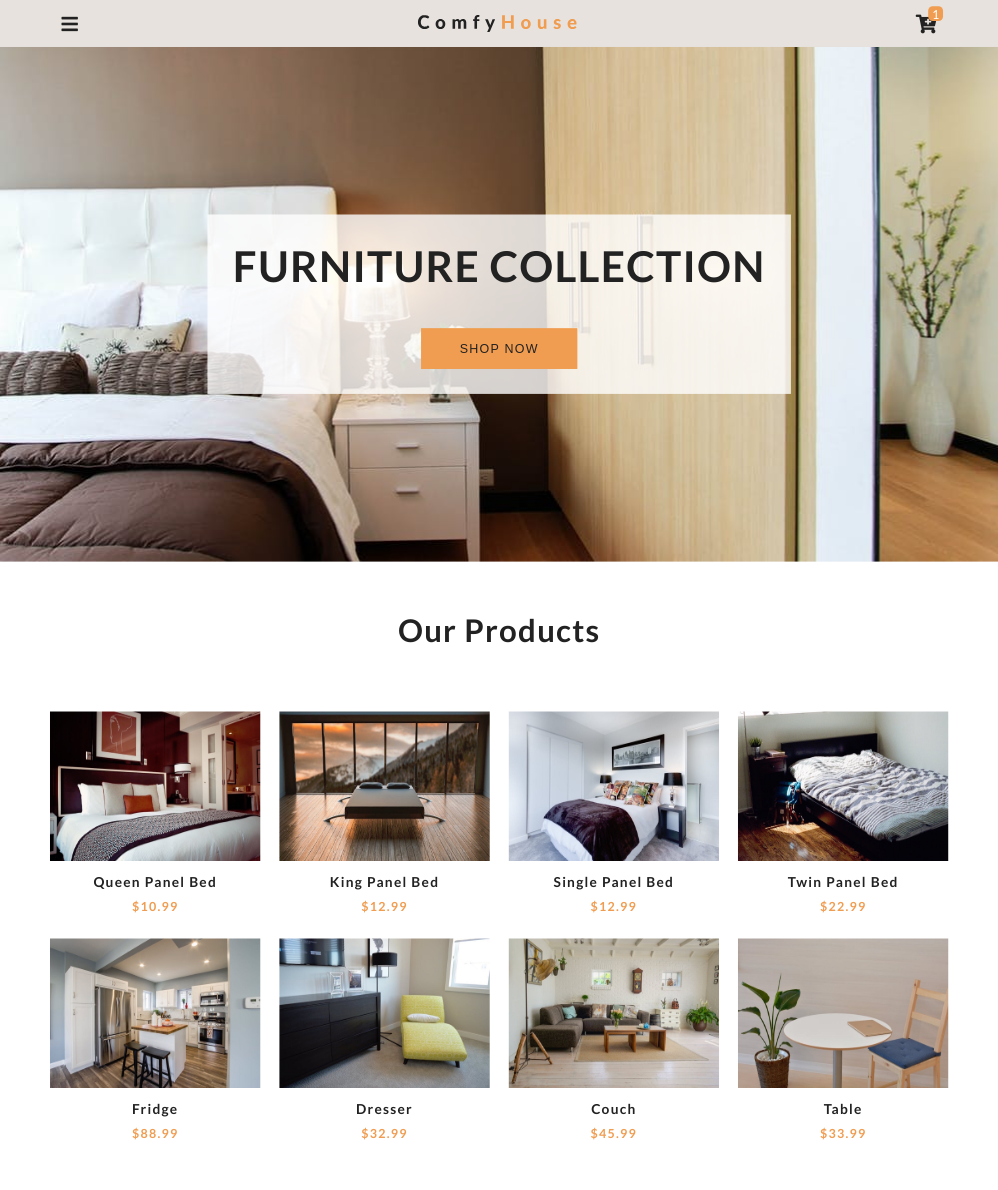
Repository: Henson-Kudi/js-cart-tuto
Page: index.html
These files come from the project's save history. The page is drawn as it stood at one moment and after the next save; the edit follows.
The browser window is 1280 px wide. The pictures show the whole page, at 78% of full size.
After loading, the first visible `button.bag-btn` was clicked once.
Some web libraries are served in a nearby version.

Above is the page before, as saved 2023-07-21 13:57:59.

### index.html
<!DOCTYPE html>
<html lang="en">

<head>
    <meta charset="UTF-8">
    <meta name="viewport" content="width=device-width, initial-scale=1.0">
    <title>Comfy House</title>

    <link rel="stylesheet"
        href="https://cdnjs.cloudflare.com/ajax/libs/font-awesome/5.14.0/css/all.min.css" />

    <link rel="stylesheet" href="main.css">
</head>

<body>
    <!-- nav Bar -->
    <nav class="navbar">
        <div class="navbar-center">
            <span class="nav-icon">
                <i class="fas fa-bars"></i>
            </span>
            <img src="./images/logo.svg" alt="logo" />

            <div class="cart-btn">
                <span class="nav-icon">
                    <i class="fas fa-cart-plus"></i>
                </span>
                <div class="cart-items">0</div>
            </div>
        </div>
    </nav>
    <!-- end of nav Bar -->


    <!-- Hero -->

    <header class="hero">
        <div class="banner">
            <h1 class="banner-title">
                Furniture collection
            </h1>
            <button class="banner-btn" id="shop-now">shop now</button>
        </div>
    </header>

    <!-- end of hero -->

    <!-- Products-->

    <section class="products">
        <div class="section-title">
            <h2>our products</h2>
        </div>
        <div class="products-center">
            <!-- single product -->


            <!-- end of single product -->
        </div>
    </section>

    <!-- end of products -->

    <!-- Cart -->

    <div class="cart-overlay">
        <div class="cart">
            <span class="close-cart">
                <i class="fas fa-window-close"></i>
            </span>
            <h2>Your cart</h2>
            <div class="cart-content">
                <!-- cart-item -->

                <!-- <div class="cart-item">

                    </div> -->

                <!-- end of cart item -->
            </div>
            <div class="cart-footer">
                <h3>Your total: $ <span class="cart-total">0</span></h3>
                <button class="clear-cart banner-btn">Clear cart</button>
            </div>
        </div>
    </div>

    <!-- End of Cart -->


    <!-- contentful -->
    <!-- <script
        src="https://cdn.jsdelivr.net/npm/contentful@latest/dist/contentful.browser.min.js"></script> -->
    <!-- app.js -->
    <script src="index.js" type="module"></script>
</body>

</html>

### main.css
@import url("https://fonts.googleapis.com/css?family=Lato:400,700");

:root {
  --primaryColor: #f09d51;
  --mainWhite: #fff;
  --mainBlack: #222;
  --mainGrey: #ececec;
  --mainSpacing: 0.1rem;
  --mainTransition: all 0.3s linear;
}
* {
  margin: 0;
  padding: 0;
  box-sizing: border-box;
}
body {
  color: var(--mainBlack);
  background: var(--mainWhite);
  font-family: "Lato", sans-serif;
}
/* --------------- Navbar ---------------- */
.navbar {
  position: sticky;
  top: 0;
  height: 60px;
  width: 100%;
  display: flex;
  align-items: center;
  background: rgb(231, 226, 221);
  z-index: 1;
}
.navbar-center {
  width: 100%;
  max-width: 1170px;
  margin: 0 auto;
  display: flex;
  align-items: center;
  justify-content: space-between;
  padding: 0 1.5rem;
}
.nav-icon {
  font-size: 1.5rem;
}
.cart-btn {
  position: relative;
  cursor: pointer;
}
.cart-items {
  position: absolute;
  top: -8px;
  right: -8px;
  background: var(--primaryColor);
  padding: 0 5px;
  border-radius: 30%;
  color: var(--mainWhite);
}
/* --------------- End of Navbar ---------------- */
/* --------------- Hero ---------------- */
.hero {
  min-height: calc(100vh - 60px);
  background: url("./images/hero-bcg.jpeg") center/cover no-repeat;
  display: flex;
  align-items: center;
  justify-content: center;
}
.banner {
  text-align: center;
  background: rgba(255, 255, 255, 0.8);
  display: inline-block;
  padding: 2rem;
}
.banner-title {
  font-size: 3.4rem;
  text-transform: uppercase;
  letter-spacing: var(--mainSpacing);
  margin-bottom: 3rem;
}
.banner-btn {
  padding: 1rem 3rem;
  text-transform: uppercase;
  letter-spacing: var(--mainSpacing);
  font-size: 1rem;
  background: var(--primaryColor);
  color: var(--mainBlack);
  border: 1px solid var(--primaryColor);
  transition: var(--mainTransition);
  cursor: pointer;
}
.banner-btn:hover {
  background: transparent;
  color: var(--primaryColor);
}
/* --------------- End of Hero ---------------- */
/* --------------- Products ---------------- */

.products {
  padding: 4rem 0;
}
.section-title h2 {
  text-align: center;
  font-size: 2.5rem;
  margin-bottom: 5rem;
  text-transform: capitalize;
  letter-spacing: var(--mainSpacing);
}
.products-center {
  width: 90vw;
  margin: 0 auto;
  max-width: 1170px;
  display: grid;
  grid-template-columns: repeat(auto-fit, minmax(260px, 1fr));
  grid-column-gap: 1.5rem;
  grid-row-gap: 2rem;
}
.img-container {
  position: relative;
  overflow: hidden;
}
.bag-btn {
  position: absolute;
  top: 70%;
  right: 0;
  background: var(--primaryColor);
  border: none;
  text-transform: uppercase;
  padding: 0.5rem 0.75rem;
  letter-spacing: var(--mainSpacing);
  font-weight: bold;
  transition: var(--mainTransition);
  transform: translateX(101%);
  cursor: pointer;
}
.bag-btn:hover {
  color: var(--mainWhite);
}
.fa-shopping-cart {
  margin-right: 0.5rem;
}
.img-container:hover .bag-btn {
  transform: translateX(0);
}
.product-img {
  display: block;
  width: 100%;
  min-height: 12rem;
  transition: var(--mainTransition);
}
.img-container:hover .product-img {
  opacity: 0.5;
}

.product h3 {
  text-transform: capitalize;
  font-size: 1.1rem;
  margin-top: 1rem;
  letter-spacing: var(--mainSpacing);
  text-align: center;
}

.product h4 {
  margin-top: 0.7rem;
  letter-spacing: var(--mainSpacing);
  color: var(--primaryColor);
  text-align: center;
}

/* ---------------End of Products ---------------- */
/* --------------- Cart ---------------- */
.cart-overlay {
  position: fixed;
  top: 0;
  right: 0;
  width: 100%;
  height: 100%;
  transition: var(--mainTransition);
  background: rgb(240, 157, 81, 0.5);
  z-index: 2;
  visibility: hidden;
}
.cart {
  position: fixed;
  top: 0;
  right: 0;
  width: 100%;
  height: 100%;
  overflow: scroll;
  z-index: 3;
  background: rgb(231, 226, 221);
  padding: 1.5rem;
  transition: var(--mainTransition);
  transform: translateX(100%);
}
.showCart {
  transform: translateX(0);
}
.transparentBcg {
  visibility: visible;
}
@media screen and (min-width: 768px) {
  .cart {
    width: 30vw;
    min-width: 450px;
  }
}

.close-cart {
  font-size: 1.7rem;
  cursor: pointer;
}
.cart h2 {
  text-transform: capitalize;
  text-align: center;
  letter-spacing: var(--mainSpacing);
  margin-bottom: 2rem;
}
/*---------- Cart Item -------------------- */
.cart-item {
  display: grid;
  align-items: center;
  grid-template-columns: auto 1fr auto;
  grid-column-gap: 1.5rem;
  margin: 1.5rem 0;
}
.cart-item img {
  width: 75px;
  height: 75px;
}
.cart-item h4 {
  font-size: 0.85rem;
  text-transform: capitalize;
  letter-spacing: var(--mainSpacing);
}
.cart-item h5 {
  margin: 0.5rem 0;
  letter-spacing: var(--mainSpacing);
}
.item-amount {
  text-align: center;
}
.remove-item {
  color: grey;
  cursor: pointer;
}
.fa-chevron-up,
.fa-chevron-down {
  color: var(--primaryColor);
  cursor: pointer;
}
/*---------- End of Cart Item -------------------- */

.cart-footer {
  margin-top: 2rem;
  letter-spacing: var(--mainSpacing);
  text-align: center;
}
.cart-footer h3 {
  text-transform: capitalize;
  margin-bottom: 1rem;
}

/* --------------- End of Cart ---------------- */

### index.js
// import products from "./products.json" assert { type: "json" };

// console.log(products);

///////////////////////
// GLOBAL VARIABLES //
/////////////////////

const cartBtn = document.querySelector(".cart-btn");
const closeCartBtn = document.querySelector(".close-cart");
const cartOverlay = document.querySelector(".cart-overlay");
const cartDOM = document.querySelector(".cart");
const cartContent = document.querySelector(".cart-content");
const cartItems = document.querySelector(".cart-items");
const cartTotal = document.querySelector(".cart-total");

const productsDOM = document.querySelector(".products-center");
let buttonsDOM = [];

let cart = [];

async function getProducts() {
    const productsData = await fetch("products.json");

    const products = await productsData.json();

    const items = products?.items?.map((product) => {
        // const { id } = product?.sys;
        const id = product.sys.id;

        const { price, title } = product?.fields;

        const image = product?.fields?.image?.fields?.file?.url;

        return {
            id,
            price,
            title,
            image,
        };
    });

    return items;
}

const displayProducts = (products = []) => {
    let productsHtml = "";

    products?.forEach((product) => {
        productsHtml += `
            <article class="product">
                    <div class="img-container">
                        <img src="${product.image}" alt="product" class="product-img">
                        <button class="bag-btn" data-id=${product.id}>
                            <i class="fas fa-shopping-cart"></i> add to cart
                        </button>
                    </div>
                    <h3>${product.title}</h3>
                    <h4>$${product.price}</h4>
                </article>
                `;
    });

    productsDOM.innerHTML = productsHtml;
};

/////////////////////
/////    LOGIC   ////
////////////////////

// - On page load, get all items in cart and save to variable called cart
// - populate cart page with all items in cart on page load
// -add functionality to open and close modal.
// - add listener to trigger add to cart on click of add to card buuton for each product then automatically disable button
// - add functionality to remove, increase and reduce item in cart

///////////// END /////////

const getCartItems = () => {
    const cartItems = localStorage.getItem("cart");

    return cartItems ? JSON.parse(cartItems) : [];
};

// function showCart() {
//     cartOverlay.classList.add("transparentBcg");
//     cartDOM.classList.add("showCart");
// }

// function hideCart() {
//     cartOverlay.classList.remove("transparentBcg");
//     cartDOM.classList.remove("showCart");
// }

function toggleCart() {
    cartOverlay.classList.toggle("transparentBcg");
    cartDOM.classList.toggle("showCart");
}

function addCartItem(cartItem = {}) {
    const div = document.createElement("div");
    div.classList.add("cart-item");
    div.innerHTML = `
        <img src=${cartItem.image} alt="product">
                        <div>
                            <h4>${cartItem.title}</h4>
                            <h5>$${cartItem.price}</h5>
                            <span class="remove-item" data-id=${cartItem.id}>Remove</span>
                        </div>
                        <div>
                            <i class="fas fa-chevron-up" data-id=${cartItem.id}></i>
                            <p class="item-amount">${cartItem.amount}</p>
                            <i class="fas fa-chevron-down" data-id=${cartItem.id}></i>
                        </div>
                        `;
    cartContent.appendChild(div);
}

function populateCart(cart = []) {
    cart.map((cartItem) => {
        addCartItem(cartItem);
    });
}

function setCartValues(cart = []) {
    let tempTotalValue = 0;
    let itemsTotal = 0;
    cart.map((item) => {
        tempTotalValue += item?.price * item?.amount;
        itemsTotal += item?.amount;
    });

    cartTotal.innerText = parseFloat(tempTotalValue.toFixed(2));
    cartItems.innerText = itemsTotal;
}

function saveCart(cart=[]) {
    localStorage.setItem("cart", JSON.stringify(cart));
}

function getCartButtons() {
    const buttons = [...document.querySelectorAll(".bag-btn")];
    buttonsDOM = buttons;
    buttons.forEach((button) => {
        let id = button.dataset.id // 1;

        let inCart = cart.find((item) => item.id === id); // check if the product has been added to the cart already

        if (inCart) {
            button.innerText = "In Cart";
            button.disabled = true;
        }
        button.addEventListener("click", (event) => {
            event.target.innerText = "In Cart";
            event.target.disabled = true;
            // get product from products in local storage based on id
            let cartItem = { ...getProduct(id), amount: 1 };
            // add product to the cart
            cart = [...cart, cartItem];

            // save cart to local storage
            saveCart(cart);
            // set cart values
            setCartValues(cart);
            // display cart items
            addCartItem(cartItem);
            // show the cart
            // showCart();
        });
    });
}

function getProduct(id) {
    let products = JSON.parse(localStorage.getItem("products"));

    return products.find((product) => product.id === id);
}

// functionality helps us to setup the cart page by prepopulating the cart page with items thst had already been added to cart each time we load the page
function setupAPP() {
    cart = getCartItems();

    populateCart(cart);

    setCartValues(cart);

    cartBtn.addEventListener("click", toggleCart);
    closeCartBtn.addEventListener("click", toggleCart);
}

document.addEventListener("DOMContentLoaded", (E) => {
    setupAPP();
    getProducts()
        .then((response) => {
            displayProducts(response);

            localStorage.setItem("products", JSON.stringify(response));
        })
        .then(() => {
            // add event listeners to product buttons
            getCartButtons();
        })
        .catch((err) => {
            console.log(err);
        });
});

### products.json
{
  "items": [
    {
      "sys": { "id": "1" },
      "fields": {
        "title": "queen panel bed",
        "price": 10.99,
        "image": { "fields": { "file": { "url": "./images/product-1.jpeg" } } }
      }
    },
    {
      "sys": { "id": "2" },
      "fields": {
        "title": "king panel bed",
        "price": 12.99,
        "image": { "fields": { "file": { "url": "./images/product-2.jpeg" } } }
      }
    },
    {
      "sys": { "id": "3" },
      "fields": {
        "title": "single panel bed",
        "price": 12.99,
        "image": { "fields": { "file": { "url": "./images/product-3.jpeg" } } }
      }
    },
    {
      "sys": { "id": "4" },
      "fields": {
        "title": "twin panel bed",
        "price": 22.99,
        "image": { "fields": { "file": { "url": "./images/product-4.jpeg" } } }
      }
    },
    {
      "sys": { "id": "5" },
      "fields": {
        "title": "fridge",
        "price": 88.99,
        "image": { "fields": { "file": { "url": "./images/product-5.jpeg" } } }
      }
    },
    {
      "sys": { "id": "6" },
      "fields": {
        "title": "dresser",
        "price": 32.99,
        "image": { "fields": { "file": { "url": "./images/product-6.jpeg" } } }
      }
    },
    {
      "sys": { "id": "7" },
      "fields": {
        "title": "couch",
        "price": 45.99,
        "image": { "fields": { "file": { "url": "./images/product-7.jpeg" } } }
      }
    },
    {
      "sys": { "id": "8" },
      "fields": {
        "title": "table",
        "price": 33.99,
        "image": {
          "fields": {
            "file": {
              "url": "./images/product-8.jpeg"
            }
          }
        }
      }
    }
  ]
}

After the next save:
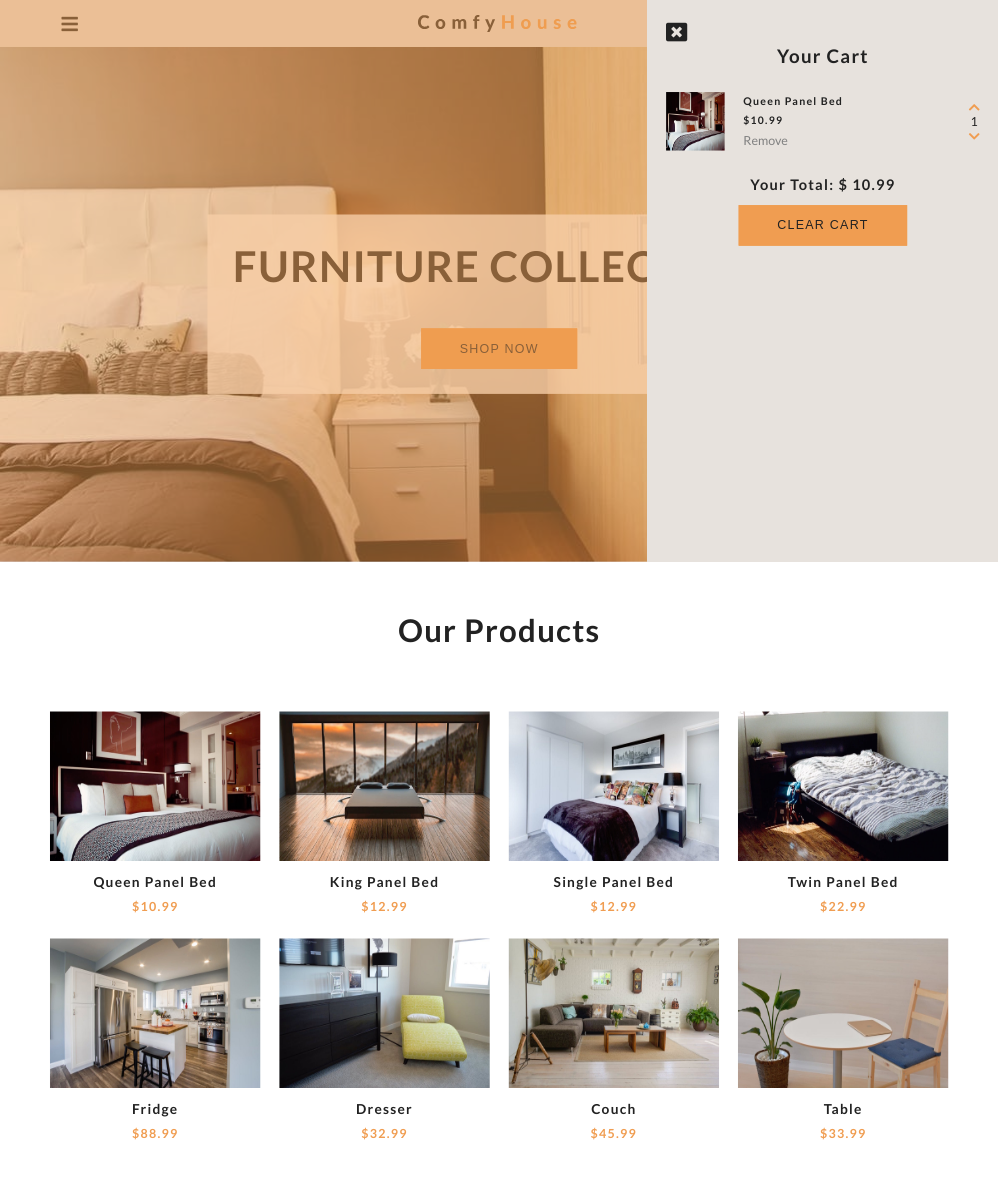
Saved 5 s later.
--- a/index.js
+++ b/index.js
@@ -134,7 +134,7 @@ function setCartValues(cart = []) {
     cartItems.innerText = itemsTotal;
 }
 
-function saveCart(cart=[]) {
+function saveCart(cart = []) {
     localStorage.setItem("cart", JSON.stringify(cart));
 }
 
@@ -142,7 +142,7 @@ function getCartButtons() {
     const buttons = [...document.querySelectorAll(".bag-btn")];
     buttonsDOM = buttons;
     buttons.forEach((button) => {
-        let id = button.dataset.id // 1;
+        let id = button.dataset.id; // 1;
 
         let inCart = cart.find((item) => item.id === id); // check if the product has been added to the cart already
 
@@ -165,6 +165,7 @@ function getCartButtons() {
             // display cart items
             addCartItem(cartItem);
             // show the cart
+            toggleCart();
             // showCart();
         });
     });
